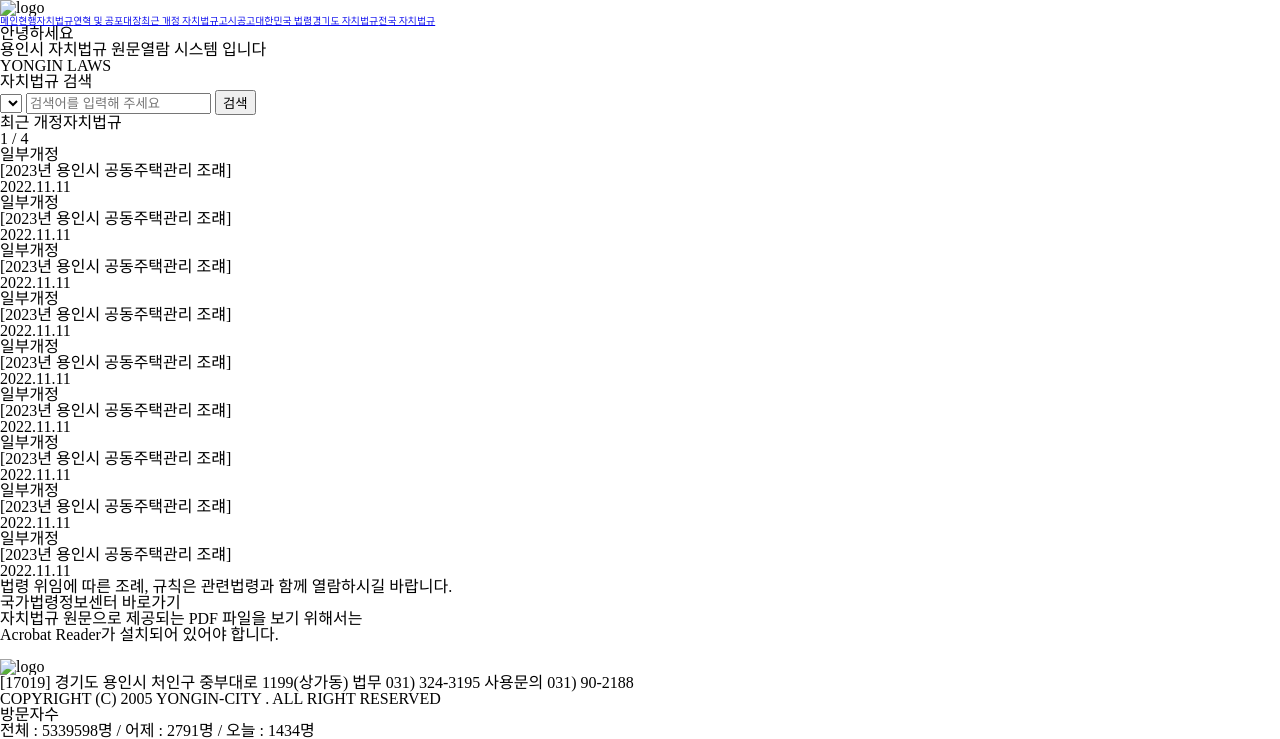
Repository: makeditWeb/yongin_laws
Page: index.html
The author's editor kept a copy of each file at every save. The page is drawn from the files as they stood at one save, then again after the next save.
The browser window is 1280 px wide. The pictures show the whole page.

Above is the page before, as saved 2024-03-24 00:21:21.

After the next save:
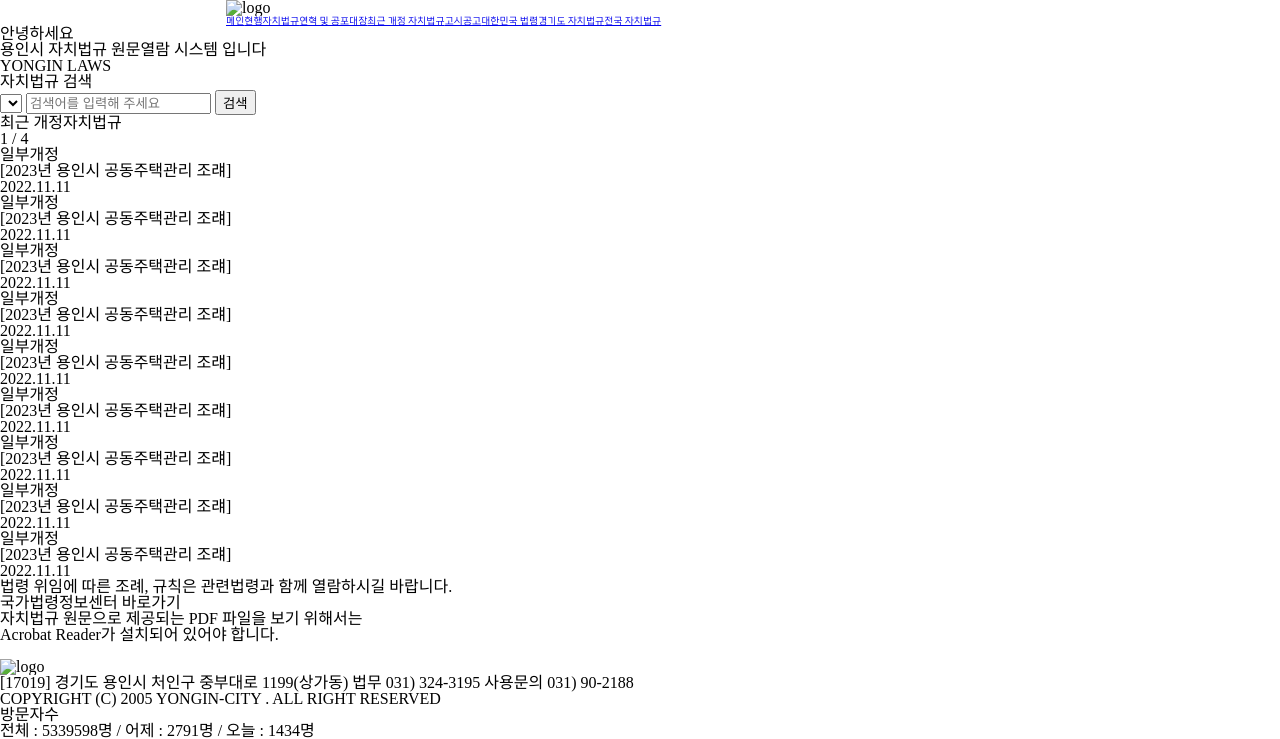
Saved 71 s later.
--- a/css/style.css
+++ b/css/style.css
@@ -121,7 +121,8 @@
 
 /* header */
 .header_wrapp{
-
+    max-width: 828px;
+    margin: 0 auto;
 }
 
 .nav_item ul{
